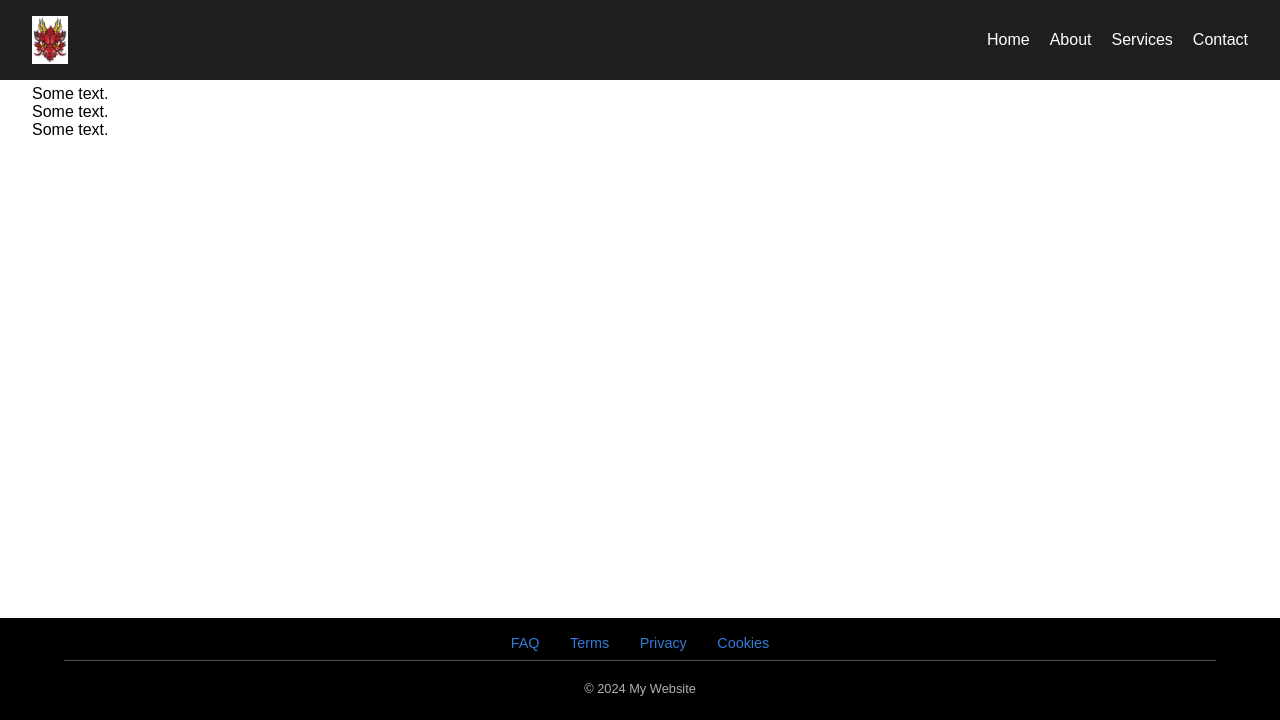
Repository: andreamm-lab/css-positioning-examples-2025-10
Page: index.html
The author's editor kept a copy of each file at every save. The page is drawn from the files as they stood at one save, then again after the next save.
The browser window is 1280 px wide. The pictures show the whole page.

Above is the page before, as saved 2025-11-10 19:28:40.

### index.html
<!DOCTYPE html>
<html lang="en">
<head>
  <meta charset="UTF-8">
  <meta name="viewport" content="width=device-width, initial-scale=1.0">
  <title>Basic Nav Example</title>
  <link rel="stylesheet" href="./main.css">
</head>
<body>
  <header>
    <!-- Primary navigation -->
    <nav aria-label="Primary navigation">
      <a href="./index.html">
        <img src="./images/dragon.png" alt="Dragon logo">
      </a>
      <span class="spacer"></span>
      <ul>
        <li class="current"><a href="./index.html">Home</a></li>
        <li><a href="./pages/about.html">About</a></li>
        <li id="services-li">
          <a href="./pages/services.html">Services</a>
          <!-- Submenu -->
          <ul id="services-menu">
            <li><a href="#">Gardening</a></li>
            <li><a href="#">Landscaping</a></li>
            <li><a href="#">Weed Control</a></li>
            <li><a href="#">Tree Removal</a></li>
          </ul>
        </li>
        <li><a href="./pages/contact.html">Contact</a></li>
      </ul>
    </nav>
  </header>

  <main class="home-main">
    <h1 id="page-title" style="text-align: center;">Home Page</h1>

    <section class="section-a">
      <p>Some text.</p>
    </section>
    <section class="section-b">
      <p>Some text.</p>
    </section>
    <section class="section-a">
      <p>Some text.</p>
    </section>
  </main>

  <!------------------------------------- Footer ------------------------------------->
  <footer id="main-footer">
    <nav aria-label="Footer navigation">
      <ul>
        <li><a href="#">FAQ</a></li>
        <li><a href="#">Terms</a></li>
        <li><a href="#">Privacy</a></li>
        <li><a href="#">Cookies</a></li>
      </ul>
    </nav>

    <hr class="footer-line">

    <p>© 2024 My Website</p>
  </footer>
</body>
</html>

### main.css
/* 0.---------------------- General Setup ---------------------- */

*  {
    box-sizing: border-box; /* How to calculate dimensiones */
    margin: 0; /* Distance beetween words */
    padding: 0; /* Allow bullepoint to be visible */
}

/* All Font Page */
body {
    font-family: Arial, Helvetica, sans-serif;
    background-color: #ffffff;
    color: #000;
    min-height: 100vh;
    display: flex;
    flex-direction: column;
}

main {
    flex: 1;
    display: block;
    padding: 120px 32px 24px; /* top=120 to prevent content hidden by fixed header */
}

/* 1.---------------------- Header - Upper Menu - Encabezado ---------------------- */

/* background box and colors */
/* In Practice class: nav: means both header and footer
nav {
    padding: 10px 10px;
    min-height: 80px;
    background-color: #1F1F1F;
}
*/

/* Dimensions */
header {
    position: fixed; /* Added: keeps header always visible */
    top: 0;
    left: 0;
    width: 100%;
    z-index: 1000;
}

header nav {
    padding: 10px 32px;
    min-height: 80px;
    background-color: #1F1F1F;
    display: flex; /*added*/
    align-items: center;           /* vertical */
    justify-content: space-between; /* separates logo and menu */
}

/* Icon - Image */
header nav img {
    max-height: 48px;
    background-color: white;
    display: inline-block;  /* added */
    vertical-align: middle; /* added */
}

/* Top Horizontal Menu */

/* Aligning calculation*/
/* In class:
.spacer {
    display: inline-block;
    width: calc(100% - 40px - 320px);
}
*/
/* If 0 first number: result left. If 100% results right */

/* Text Relation with image */
header nav ul {
    list-style: none;
    display: flex;
    gap: 20px;
}

/* Word Colors depending their status */
/* Word clicked */
header nav ul li a {
    text-decoration: none;
    color: white;
}

/* Text color if we are in the current page*/
header nav ul li a.current {
    color: aquamarine;
    font-weight: bold;
}

/* Mouse over the word */
header nav ul li a:hover {
    color: aquamarine/* rgb(92, 229, 0) in class*/;
}

/* ---------------------- Added from Cursada: Dropdown Menu ---------------------- */

/* Services dropdown menu */
#services-li {
    position: relative;
}

#services-li:hover #services-menu {
    opacity: 1;
    visibility: visible;
    transform: translateY(0);
}

#services-menu {
    position: absolute;
    top: 100%;
    left: 0;
    z-index: 2000;
    margin: 0;
    padding: 4px 16px;
    background-color: #0e0e0e;
    visibility: hidden;
    opacity: 0;
    transform: translateY(-6px);
    transition: opacity 0.3s, transform 0.15s;
    list-style: none;

    display: block; /* evita que herede el flex del menú principal */
}

#services-menu li {
    display: block; /* lista vertical*/
    margin: 0;
    padding: 4px 0;
}


#services-menu a {
    display: inline-block;
    white-space: nowrap;
    color: #fff;
    text-decoration: none;
}

#services-menu a:hover {
    text-decoration: none;
    color: aquamarine
}

/* 1.2.special part -------------------------------- Side Menu --------------------------------------------------*/

/* Side menu on Services */
.page {
    display: flex;   /* content in columns */
    gap: 0;
}

/* Dimensions */
.main-content {
    width: 72%;
    vertical-align: top;
}

/* Style */
.side-nav {
    width: 28%;
    background-color: #000000;
    color: #fff;
    margin: 0;                /* sin espacio externo */
    padding: 0;               /* sin espacio interno general */
    border: none;             /* sin borde */
    box-sizing: border-box;
    min-height: 100%;         /* ocupa todo el alto */
}

/* Title: Categories - Dimensions */
.side-nav h2 {
    margin: 0;
    padding: 16px 16px 8px;
    font-size: 1.6rem;
    font-weight: 700;
}

/* List Dimensions */
.side-nav ul {
    list-style: none;
    margin: 0;
    padding: 0 16px 16px;
}

.side-nav ul li {
    margin: 0;
    padding: 6px 0;
}

/* Colors */
.side-nav ul li a {
    color: #4bb4ff;
    text-decoration: none;
    display: inline-block;
    width: 100%;
}

.side-nav ul li a:hover {
    text-decoration: underline;
    background-color: #1f1f1f;
}

/* 2.---------------------- Main / Home content ---------------------- */

/* Space size */
main {
    display: block;
    padding: 24px 32px;
}

main.page {
    padding: 0px 0px 0px 0px; /* top=0 keeps borders united with header and footer */
}

/* Title: Home Page */
#page-title {
    font-size: 2rem;
    text-align: center;
    margin-bottom: 24px;
}

/* text cards */
.card-grid {
    display: block;
}

.card {
    background-color: #f0f0f0;
    border: 1px solid #d0d0d0;
    border-radius: 6px;
    padding: 16px;
    margin-bottom: 16px;
}

.card h2 {
    margin-bottom: 8px;
}


/* 3.---------------------- Footer ---------------------- */
#main-footer {
    background-color: #000000;
    color: #b0b0b0;
    text-align: center;
    padding: 16px 0 24px;
    margin: 0;
    width: 100%;
}

#main-footer nav {
    background: none;
    padding: 0;
    margin: 0 auto;
}

/* FAQ, Terms, etc. */
#main-footer nav ul {
    display: inline-block;
    list-style: none;
    margin: 2; /* Distance between FAQ text and white line */
    padding: 0;
    /*border-bottom: 1px solid white */ /*another option to do it*/;
}

#main-footer nav ul li {
    display: inline-block;
    margin: 0 13px;  /*Distance between words in footer: FAQ, Terms, etc. */
}

#main-footer nav ul li a {
    color: rgb(51, 122, 216); /* Text color */
    text-decoration: none;
    font-size: 0.9rem;
}

/* Line separation */
.footer-line {
  border: none;
  border-top: 1px solid rgba(203, 201, 201, 0.4); /* mismo grosor, más suave */
  width: 90%;
  margin: 8px auto 12px;
}


/* Last Line Text: My Website */
#main-footer p {
    font-size: 0.8rem;
    margin: 0;
    padding-top: 8px;
}

After the next save:
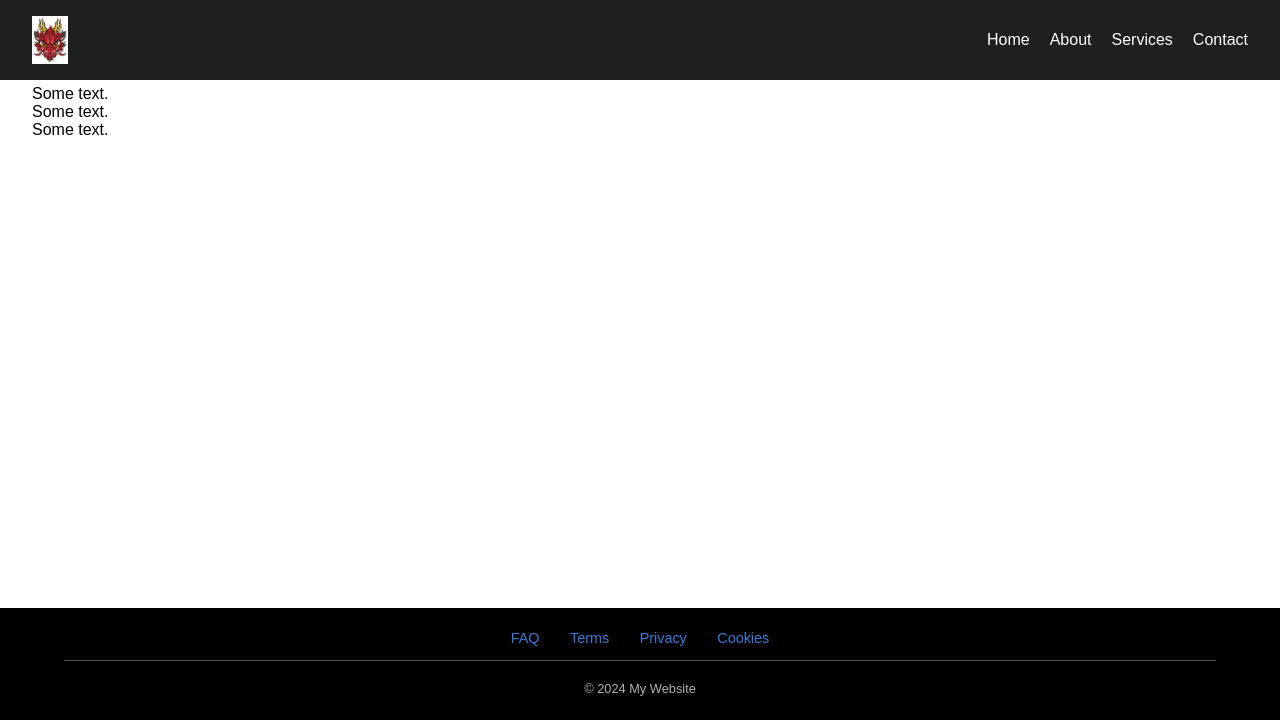
Saved 10 s later.
--- a/main.css
+++ b/main.css
@@ -260,7 +260,7 @@ main.page {
 #main-footer nav ul {
     display: inline-block;
     list-style: none;
-    margin: 2; /* Distance between FAQ text and white line */
+    margin: 5px; /* Distance between FAQ text and white line */
     padding: 0;
     /*border-bottom: 1px solid white */ /*another option to do it*/;
 }
